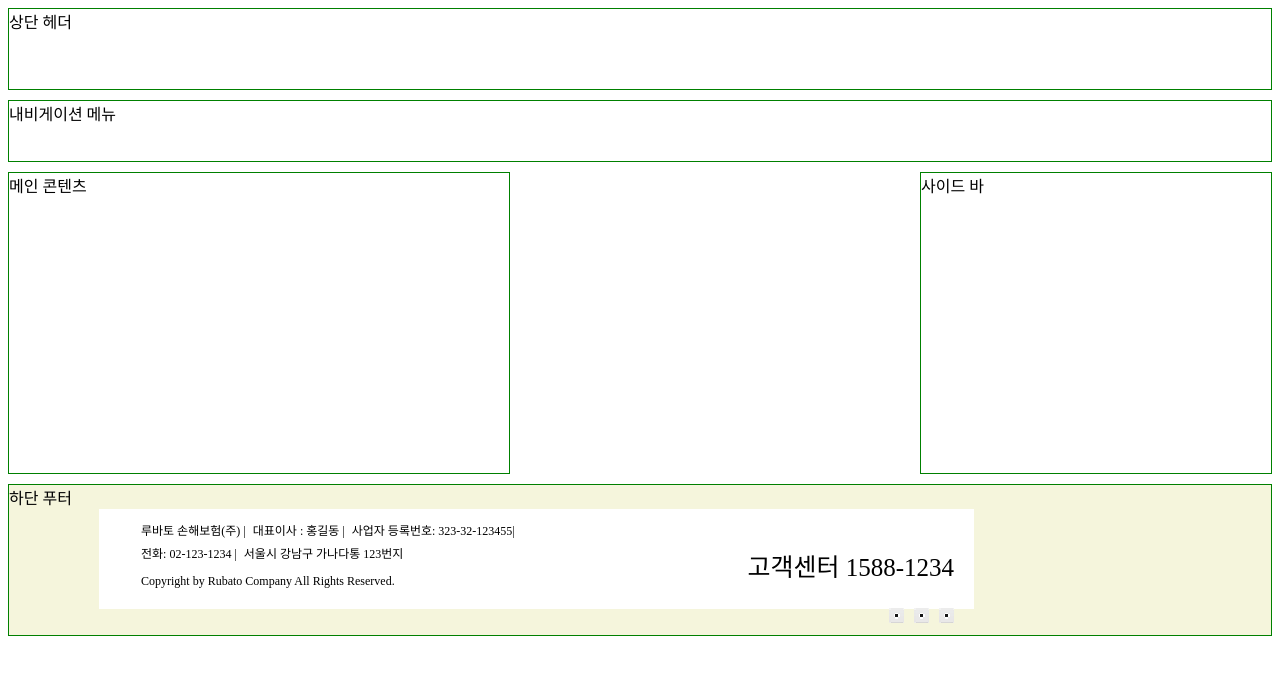
Repository: woosungtae/html_css
Page: pro01/public/a3.html
An editor plug-in stored every save of this project. The page is shown before and after the next save, followed by the edit.
The browser window is 1280 px wide. The pictures show the whole page.

Above is the page before, as saved 2022-12-14 05:46:18.

After the next save:
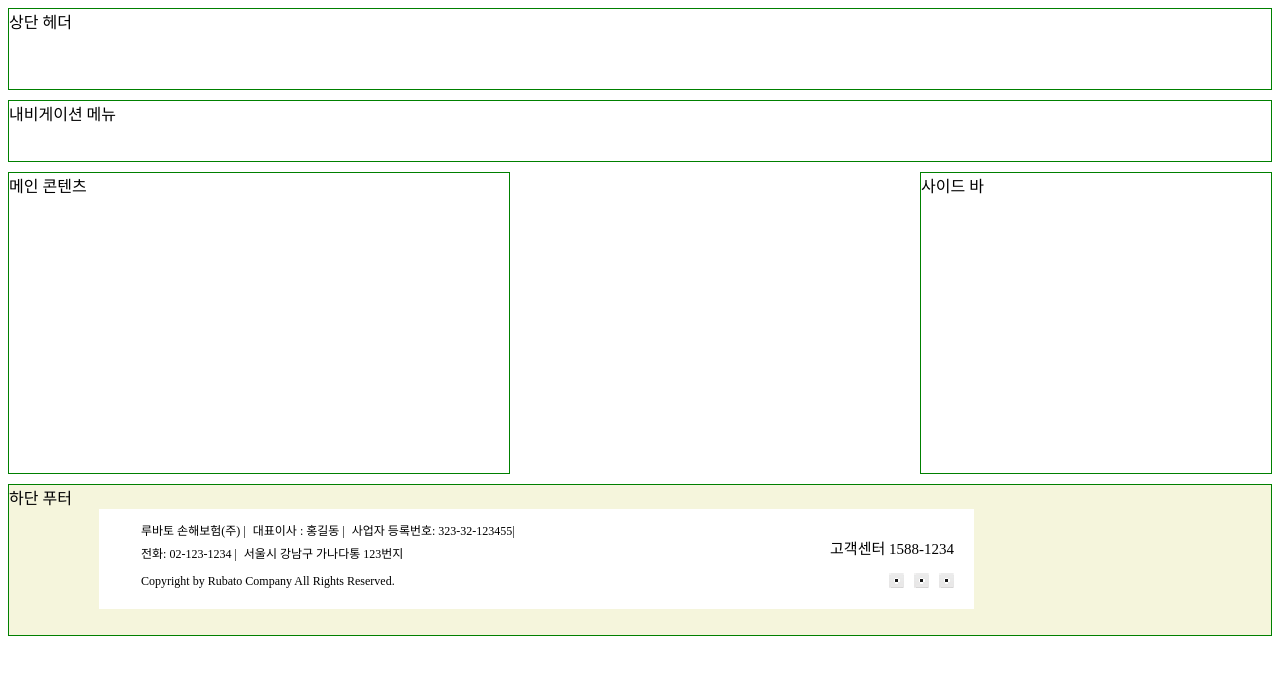
Saved 3 s later.
--- a/pro01/public/a3.html
+++ b/pro01/public/a3.html
@@ -26,7 +26,7 @@
      float: right;
      margin-top:-40px;
      margin-right:20px;
-     font-size:25px;
+     font-size:15px;
 
         }
      nav {
